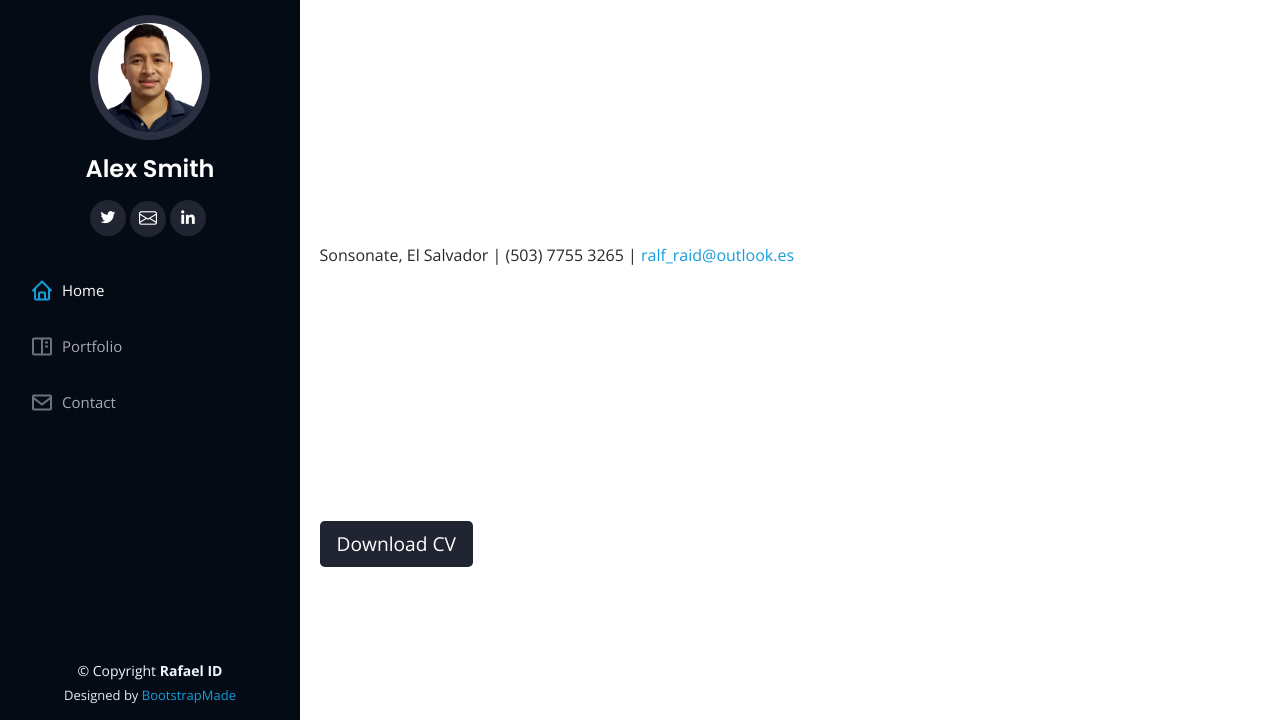
Repository: ralfId/myportfolio
Page: /
These files come from the project's save history. The page is drawn as it stood at one moment and after the next save; the edit follows.
The browser window is 1280 px wide. The pictures show the whole page.
The project was rebuilt for these pictures with package versions that can differ from the ones it lists, and the page was loaded fresh each time. Also part of the build but not shown: src/data/projects.js, src/components/Projects/ProjectItem.js, src/components/Projects/ProjectIndex.js, src/helpers/ProjectById.js, src/components/Projects/ProjectDetail.js.

Above is the page before, as saved 2021-09-20 18:09:02.

After the next save:
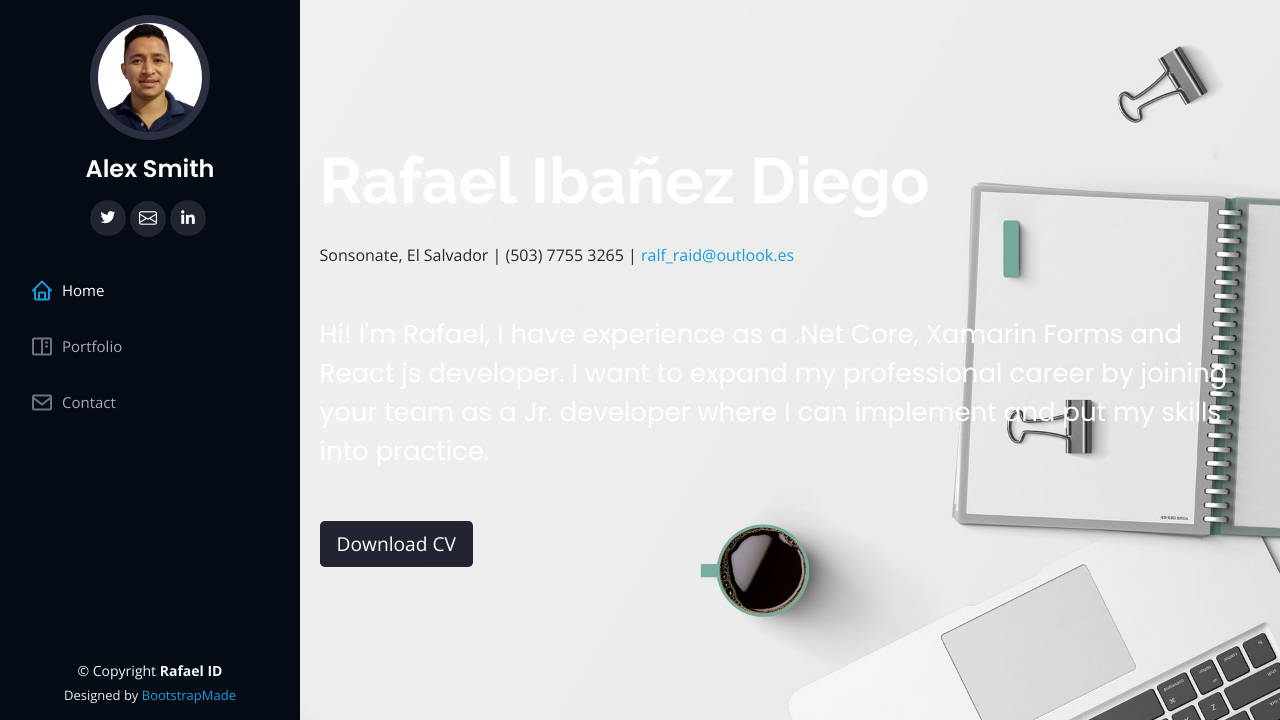
Saved 20 min 28 s later.
--- a/public/css/style.css
+++ b/public/css/style.css
@@ -240,7 +240,7 @@ h6 {
 #hero {
     width: 100%;
     height: 100vh;
-    /* background: url("../img/hero-bg.jpg") top center; */
+    background: url("../img/hero-bg.jpg") top center;
     background-size: cover;
   }
 
